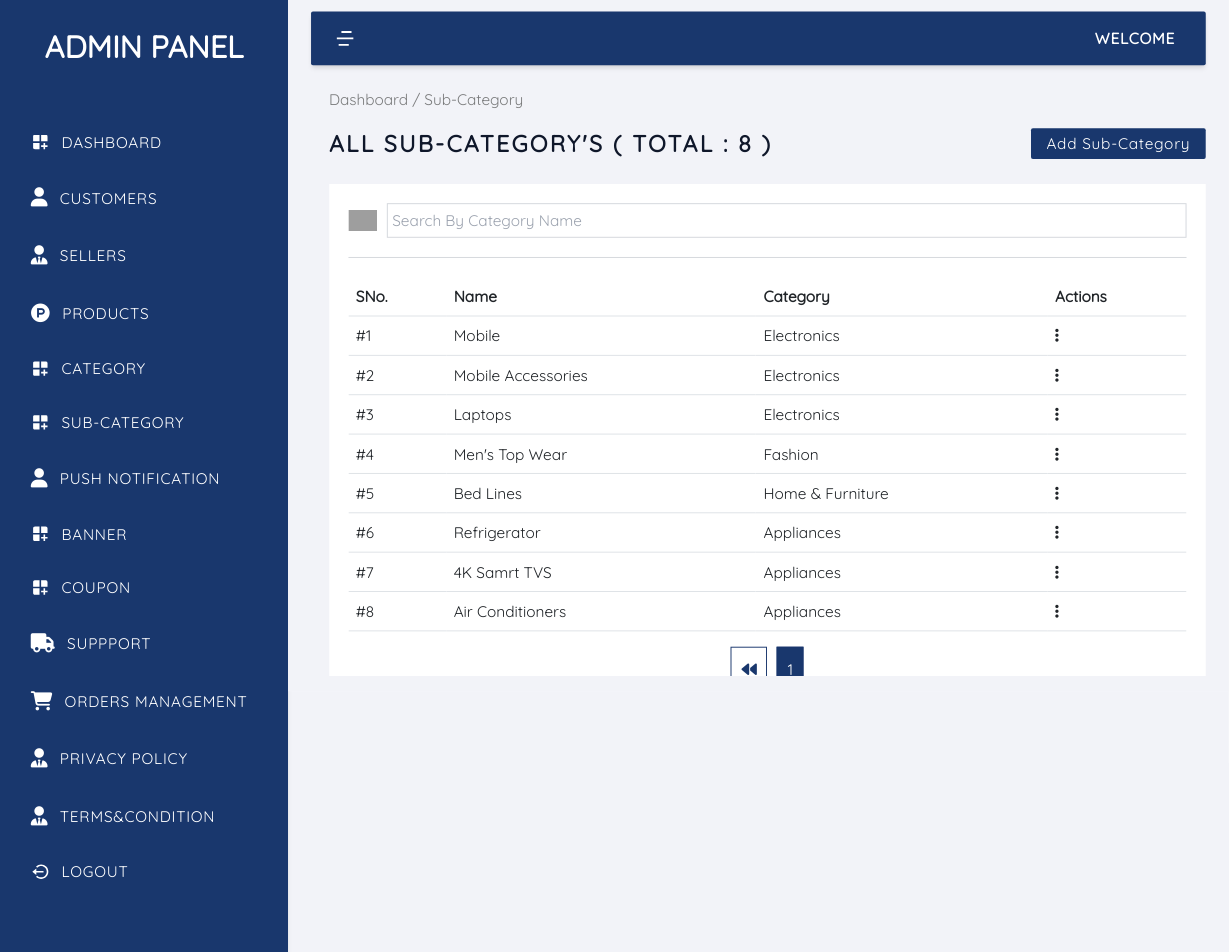
Repository: shishpal2000/admin.aschpro
Page: /SubCategory
The author's editor kept a copy of each file at every save. The page is drawn from the files as they stood at one save, then again after the next save.
The browser window is 1280 px wide. The pictures show the whole page, at 96% of full size.
Pictures or frames that could not be fetched are drawn as grey boxes. An inner scrolling area shows only its first screen. Some web libraries are served in a nearby version. The project was rebuilt for these pictures with package versions that can differ from the ones it lists, and the page was loaded fresh each time. Also part of the build but not shown: src/E-CommerceAdmin/forms/Login.jsx, src/E-CommerceAdmin/pages/Dashboard.jsx, src/E-CommerceAdmin/pages/ECategory.js, src/E-CommerceAdmin/pages/EProduct.js, src/E-CommerceAdmin/pages/EVendorList.js, src/E-CommerceAdmin/pages/EAdminOrders.js, src/E-CommerceAdmin/pages/EAdminDelivery.js, src/E-CommerceAdmin/pages/EAdminCustomer.js and 6 more. Imported but missing from the stored project, and not drawn on this page: src/E-CommerceAdmin/pages/Complaints, src/E-CommerceAdmin/pages/Component/SpinnerComp, src/E-CommerceAdmin/pages/EAdmin, src/E-CommerceAdmin/pages/EAdminProduct, src/E-CommerceAdmin/pages/ESingleProduct, src/E-CommerceAdmin/pages/GetMeThis, src/E-CommerceAdmin/pages/HelpSupport.

Above is the page before, as saved 2023-06-28 16:52:07.

### public/index.html
<!-- @format -->

<!DOCTYPE html>
<html lang="en">
  <head>
    <meta charset="utf-8" />
    <meta name="viewport" content="width=device-width, initial-scale=1" />
    <meta name="theme-color" content="#000000" />
    <meta
      name="description"
      content="Web site created using create-react-app"
    />
    <link rel="icon" href="%PUBLIC_URL%/favicon.png" />
    <link rel="manifest" href="%PUBLIC_URL%/manifest.json" />
    <link rel="preconnect" href="https://fonts.googleapis.com" />
    <link rel="preconnect" href="https://fonts.gstatic.com" crossorigin />
    <link
      href="https://fonts.googleapis.com/css2?family=Roboto+Mono:ital,wght@1,300&display=swap"
      rel="stylesheet"
    />
    <link rel="preconnect" href="https://fonts.googleapis.com">
<link rel="preconnect" href="https://fonts.gstatic.com" crossorigin>
<link href="https://fonts.googleapis.com/css2?family=Quicksand&display=swap" rel="stylesheet">
    <title>Subharambh</title>
  </head>
  <body>
    <noscript>You need to enable JavaScript to run this app.</noscript>
    <div id="root"></div>
    <script src="https://code.jquery.com/jquery-3.6.0.min.js"></script>
    <script
      src="https://kit.fontawesome.com/b533b351e4.js"
      crossorigin="anonymous"
    ></script>
    <script
      type="module"
      src="https://unpkg.com/ionicons@7.1.0/dist/ionicons/ionicons.esm.js"
    ></script>
    <script
      nomodule
      src="https://unpkg.com/ionicons@7.1.0/dist/ionicons/ionicons.js"
    ></script>
  </body>
</html>

### src/E-CommerceAdmin/pages/ESubCategory.js
/** @format */
import React, { useEffect, useState } from "react";
import HOC from "../layout/HOC";
import {
  Table,
  Modal,
  Form,
  Button,
  Alert,
} from "react-bootstrap";
import { Dropdown, Menu } from "antd";

const ESubCategory = () => {
  const [modalShow, setModalShow] = React.useState(false);
  const [edit, setEdit] = useState("");

  const data = [
    {
      category: "Electronics",
      name : "Mobile"
    },
    {
      category: "Electronics",
      name : "Mobile Accessories"
    },
    {
      category: "Electronics",
      name : "Laptops"
    },
    {
      category: "Fashion",
      name : "Men's Top Wear"
    },
    {
      category: "Home & Furniture",
      name : "Bed Lines"
    },
    {
      category  : "Appliances",
      name : "Refrigerator"
    },
    {
      category  : "Appliances",
      name : "4K Samrt TVS"
    },
    {
      category  : "Appliances",
      name : "Air Conditioners"
    },
  ];

  // Pagination and Filter
  const [query, setQuery] = useState("");
  const [currentPage2, setCurrentPage2] = useState(1);
  const [postPerPage2] = useState(10);
  const lastPostIndex2 = currentPage2 * postPerPage2;
  const firstPostIndex2 = lastPostIndex2 - postPerPage2;

  let pages2 = [];

  const TotolData = query
    ? data?.filter((i) => i?.name?.toLowerCase().includes(query?.toLowerCase()))
    : data;

  useEffect(() => {
    if (query) {
      setCurrentPage2(1);
    }
  }, [query]);

  const slicedData = TotolData?.slice(firstPostIndex2, lastPostIndex2);

  for (let i = 1; i <= Math.ceil(TotolData?.length / postPerPage2); i++) {
    pages2.push(i);
  }

  function Next() {
    setCurrentPage2(currentPage2 + 1);
  }

  function Prev() {
    if (currentPage2 !== 1) {
      setCurrentPage2(currentPage2 - 1);
    }
  }

  function MyVerticallyCenteredModal(props) {
    return (
      <Modal
        {...props}
        size="lg"
        aria-labelledby="contained-modal-title-vcenter"
        centered
      >
        <Modal.Header closeButton>
          <Modal.Title id="contained-modal-title-vcenter">
            {" "}
            {edit ? "Edit Sub Category" : " Add Sub Category"}
          </Modal.Title>
        </Modal.Header>
        <Modal.Body>
          <Form>

            <Form.Group className="mb-3">
              <Form.Label>Name</Form.Label>
              <Form.Control type="text" required />
            </Form.Group>

            <Button
              style={{ backgroundColor: "#19376d", borderRadius: "0" , border : '1px solid #19376d'}}
              type="submit"
            >
              Submit
            </Button>
          </Form>
        </Modal.Body>
      </Modal>
    );
  }

  return (
    <>
      <MyVerticallyCenteredModal
        show={modalShow}
        onHide={() => setModalShow(false)}
      />

      <section>
        <p className="headP">Dashboard /  Sub-Category</p>
        <div
          className="pb-4   w-full flex justify-between items-center"
          style={{ width: "98%", marginLeft: "2%" }}
        >
          <span
            className="tracking-widest text-slate-900 font-semibold uppercase"
            style={{ fontSize: "1.5rem" }}
          >
            All Sub-Category's ( Total : {data?.length} )
          </span>
          <button
            onClick={() => {
              setEdit(false);
              setModalShow(true);
            }}
            className="md:py-2 px-3 md:px-4 py-1 rounded-sm bg-[#19376d] text-white tracking-wider"
          >
            Add Sub-Category
          </button>
        </div>

        <section className="sectionCont">
          {data?.length === 0 || !data ? (
            <Alert>Sub-Categories Not Found</Alert>
          ) : (
            <>
              <div className="filterBox">
                <img
                  src="https://t4.ftcdn.net/jpg/01/41/97/61/360_F_141976137_kQrdYIvfn3e0RT1EWbZOmQciOKLMgCwG.jpg"
                  alt=""
                />
                <input
                  type="search"
                  placeholder="Search By Category Name"
                  onChange={(e) => setQuery(e.target.value)}
                />
              </div>

              <div className="overFlowCont">
                <Table>
                  <thead>
                    <tr>
                      <th>SNo.</th>
                      <th>Name</th>
                      <th>Category</th>
                      <th>Actions</th>
                    </tr>
                  </thead>
                  <tbody>
                    {slicedData?.map((i, index) => (
                      <tr key={index}>
                        <td>#{index + 1} </td>
                        <td>{i.name} </td>
                        <td> {i.category} </td>
                        <td>
                          <Dropdown
                            overlay={
                              <Menu>
                                <Menu.Item key="2">
                                  <div
                                    className="two_Sec_Div"
                                    onClick={() => {
                                      setEdit(true)
                                      setModalShow(true)
                                    }}
                                  >
                                    <i className="fa-solid fa-pen-to-square"></i>

                                    <p>Edit SubCategory</p>
                                  </div>
                                </Menu.Item>
                                <Menu.Item key="3">
                                  <div className="two_Sec_Div">
                                    <i className="fa-sharp fa-solid fa-trash"></i>
                                    <p>Delete SubCategory</p>
                                  </div>
                                </Menu.Item>
                              </Menu>
                            }
                            trigger={["click"]}
                          >
                            <i className="fa-solid fa-ellipsis-vertical"></i>
                          </Dropdown>
                        </td>
                      </tr>
                    ))}
                  </tbody>
                </Table>
                {/* Pagination */}
                <div className="pagination">
                  <button onClick={() => Prev()} className="prevBtn">
                    <i className="fa-solid fa-backward"></i>
                  </button>
                  {currentPage2 === 1 ? (
                    ""
                  ) : (
                    <button onClick={() => setCurrentPage2(1)}>1</button>
                  )}

                  {pages2
                    ?.slice(currentPage2 - 1, currentPage2 + 3)
                    .map((i, index) =>
                      i === pages2?.length ? (
                        ""
                      ) : (
                        <button
                          key={index}
                          onClick={() => setCurrentPage2(i)}
                          className={currentPage2 === i ? "activePage" : ""}
                        >
                          {" "}
                          {i}{" "}
                        </button>
                      )
                    )}

                  <button
                    onClick={() => setCurrentPage2(pages2?.length)}
                    className={
                      currentPage2 === pages2?.length ? "activePage" : ""
                    }
                  >
                    {" "}
                    {pages2?.length}{" "}
                  </button>

                  {currentPage2 === pages2?.length ? (
                    ""
                  ) : (
                    <button onClick={() => Next()} className="nextBtn">
                      {" "}
                      <i className="fa-sharp fa-solid fa-forward"></i>
                    </button>
                  )}
                </div>
              </div>
            </>
          )}
        </section>
      </section>
    </>
  );
};


export default HOC(ESubCategory);

### src/E-CommerceAdmin/layout/HOC.jsx
/** @format */

import React, { useState } from "react";
import Navbar from "./Navbar";
import Sidebar from "./Sidebar";

const HOC = (Wcomponenet) => {
  return function Component() {
    const [hamb, setHamb] = useState(false);
    return (
      <>
        <section
          className="flex overflow-x-hidden relative "
          style={{ backgroundColor: "#f2f3f8" }}
        >
          {/* Sidebar */}
          <div
            className={
              hamb
                ? " absolute top-0 z-30 md:w-auto shadow-md bg-slate-200  w-60 transition-all md:-left-full left duration-150  h-auto overflow-y-auto  left-0 "
                : " md:w-72 z-30 bg-slate-200  shadow-md  md:static absolute top-0 -left-full   transition-all duration-150  overflow-y-auto h-auto"
            }
            style={{ minWidth: "300px" }}
          >
            <Sidebar hamb={hamb} setHamb={setHamb} />
          </div>
          {/* Components & Navbar */}
          <div
            className={
              hamb
                ? " transition-all px-4 py-2  duration-150 w-full h-screen"
                : " w-full h-screen  px-4 py-2   z-50 transition-all duration-150 "
            }
            style={{ backgroundColor: "#f2f3f8" }}
          >
            <Navbar hamb={hamb} setHamb={setHamb} />
            <div className="my-6 text-#000 h-[87%] wcomp overflow-y-auto">
              {" "}
              <Wcomponenet />
            </div>
          </div>
        </section>
      </>
    );
  };
};

export default HOC;

### src/E-CommerceAdmin/layout/Navbar.jsx
/** @format */

import { RiMenu4Line } from "react-icons/ri";

const Navbar = ({ hamb, setHamb }) => {
  const AdminName = localStorage.getItem("AdminName")
  return (
    <>
      <div
        className={
          hamb
            ? "flex  w-full justify-between  my-1 rounded-sm  p-4 py-3 shadow-md items-center  bg-slate-200 space-x-4"
            : "flex  w-full justify-between my-1 rounded-sm  p-4 py-3 shadow-md items-center  bg-slate-200 space-x-4"
        }
        style={{ backgroundColor: "#19376d" }}
      >
        <RiMenu4Line
          onClick={() => setHamb(!hamb)}
          className="text-2xl font-bold text-gray-900 hover:scale-90 cursor-pointer"
          style={{ color: "#fff" }}
        />

        <section className="flex sm:ml-auto justify-end sm:w-full items-center space-x-2  pr-2">
          <figcaption className="tracking-wider pl-1 font-semibold">
            <div
              className="lg:text-base text-sm text-gray-900  uppercase"
              style={{ color: "#fff" }}
            >
              Welcome {AdminName}
            </div>
          </figcaption>
        </section>
      </div>
    </>
  );
};

export default Navbar;

### src/E-CommerceAdmin/layout/Sidebar.jsx
/** @format */

import React from "react";
import { RiCloseLine } from "react-icons/ri";
import { Link, useNavigate } from "react-router-dom";
import { BiLogOutCircle } from "react-icons/bi";
import { MdDashboardCustomize } from "react-icons/md";

const Sidebar = ({ hamb, setHamb }) => {
  const navigate = useNavigate();

  const nav = [
    {
      icon: <MdDashboardCustomize className="text-xl mr-3 rounded-full " />,
      link: "/dashboard ",
      name: "Dashboard",
    },

    {
      icon: (
        <i className="fa-solid fa-user text-xl mr-3 rounded-full"></i>
      ),
      link: "/Customer",
      name: "Customers",
    },
    {
      icon: <i className="fa-solid fa-user-tie text-xl mr-3 rounded-full"></i>,
      link: "/VendorList",
      name: "Sellers",
    },
    {
      icon: (
    <i className="fa-brands fa-product-hunt text-xl mr-3 rounded-full"></i>
      ),
      link: "/Product",
      name: "Products",
    },
    {
      icon: <MdDashboardCustomize className="text-xl mr-3 rounded-full " />,
      link: "/Category",
      name: "Category",
    },

    {
      icon: <MdDashboardCustomize className="text-xl mr-3 rounded-full " />,
      link: "/SubCategory",
      name: "Sub-Category",
    },
    {
      icon: <i className="fa-solid fa-user text-xl mr-3 rounded-full"></i>,
      link: "/pushNotification",
      name: "Push Notification",
    },

    {
      icon: <MdDashboardCustomize className="text-xl mr-3 rounded-full " />,
      link: "/banner",
      name: "Banner",
    },
    {
      icon: <MdDashboardCustomize className="text-xl mr-3 rounded-full " />,
      link: "/coupon",
      name: "Coupon",
    },

    {
      icon: <i className="fa-solid fa-truck  text-xl mr-3 rounded-full"></i>,
      link: "/Support",
      name: "Suppport",
    },
    {
      icon: (
        <i className="fa-solid fa-cart-shopping text-xl mr-3 rounded-full"></i>
      ),
      link: "/Orders",
      name: "Orders Management",
    },

    {
      icon: <i className="fa-solid fa-user-tie text-xl mr-3 rounded-full"></i>,
      link: "/privacy",
      name: "Privacy Policy",
    },
    {
      icon: <i className="fa-solid fa-user-tie text-xl mr-3 rounded-full"></i>,
      link: "/terms",
      name: "Terms&Condition",
    }
  ];

  const logOut = () => {
    localStorage.clear()
    navigate("/");
  };

  return (
    <>
      <aside
        className="p-4 h-auto"
        style={{ backgroundColor: "#19376d", minHeight: "100vh" }}
      >
        {/* Top */}
        <div className="w-full md:hidden relative  p-2 mb-4">
          <RiCloseLine
            onClick={() => setHamb(!hamb)}
            className="text-3xl  absolute top-2 sm:hover:rotate-[228deg] transition-transform font-bold right-2 sm:hover:text-[22px] text-[rgb(241,146,46)] cursor-pointer"
          />
        </div>{" "}
        <figure className="flex  flex-col items-center">
          <span
            className="font-bold text-[#fff]"
            style={{
              fontSize: "2rem",
              textAlign: "center",
              textTransform: "uppercase",
            }}
          >
            {" "}
            ADMIN PANEL
          </span>
        </figure>
        <nav className="py-6">
          {nav.map((nav) => {
            return (
              <Link
                to={nav.link}
                key={nav.name}
                className=""
                style={{ textDecoration: "none", textTransform: "uppercase" }}
              >
                <span
                  className="flex my-3 items-center cursor-pointer text-gray-900    tracking-wider p-2 rounded-sm"
                  style={{ color: "#FFF" }}
                >
                  {nav.icon} {nav.name}
                </span>
              </Link>
            );
          })}
          <span
            className="flex my-3 items-center cursor-pointer text-gray-900    tracking-wider p-2 rounded-sm"
            onClick={() => logOut()}
            style={{ color: "#FFF", textTransform: "uppercase" }}
          >
            <BiLogOutCircle className="text-xl mr-3 rounded-full " /> LogOut
          </span>
        </nav>
      </aside>
    </>
  );
};

export default Sidebar;

Loaded but not shown: tailwind.config.js (common file); src/App.js (70 lines, source omitted); src/index.js (15 lines, source omitted); src/index.css (533 lines, source omitted)

After the next save:
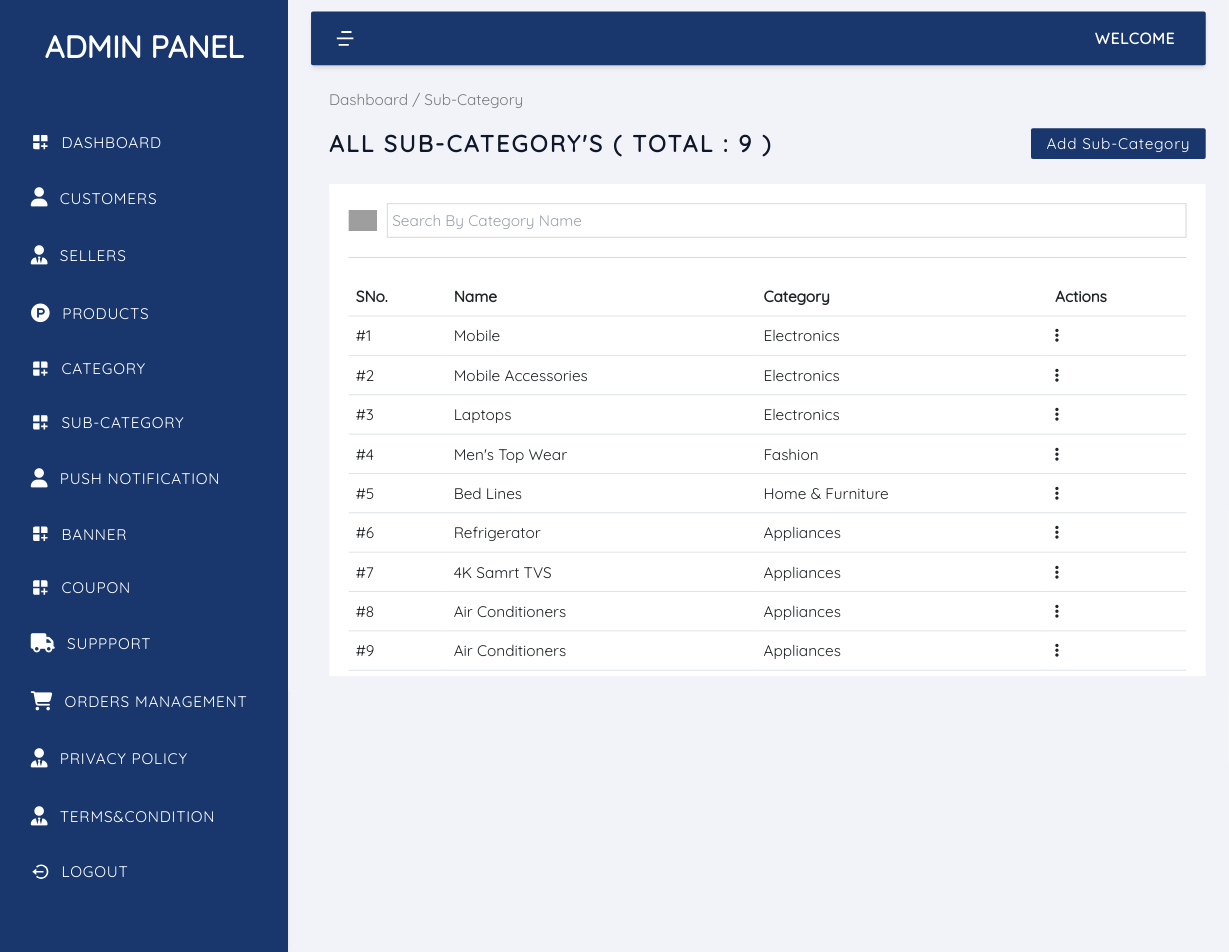
Saved 7 s later.
--- a/src/E-CommerceAdmin/pages/ESubCategory.js
+++ b/src/E-CommerceAdmin/pages/ESubCategory.js
@@ -42,6 +42,10 @@ const ESubCategory = () => {
     {
       category  : "Appliances",
       name : "4K Samrt TVS"
+    },
+    {
+      category  : "Appliances",
+      name : "Air Conditioners"
     },
     {
       category  : "Appliances",
